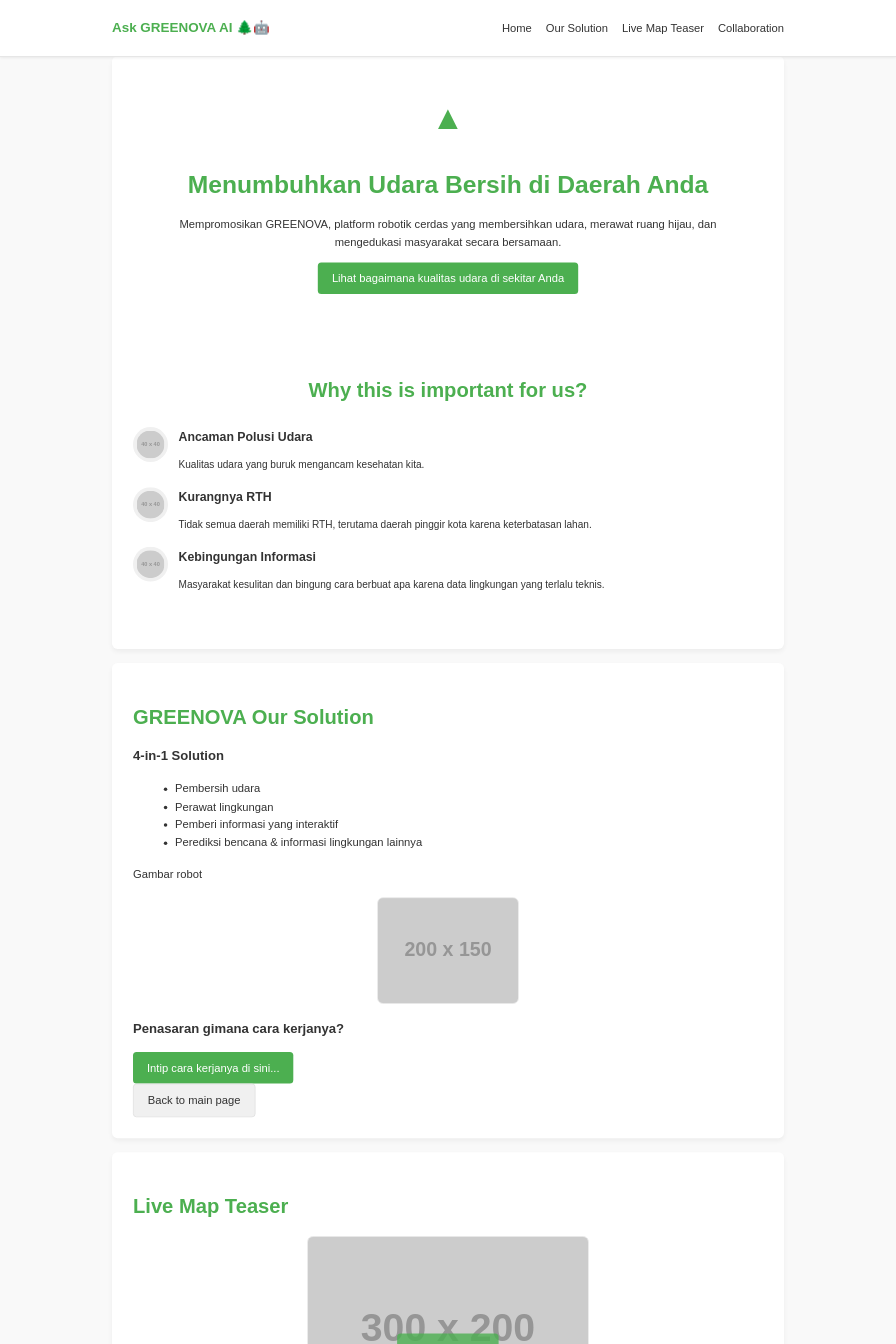
Repository: JojoGid34/Greenova-WEBSITE-SFT25-TETR
Page: index.html
These files come from the project's save history. The page is drawn as it stood at one moment and after the next save; the edit follows.
The browser window is 1280 px wide. The pictures show the part of the page from y = 0 to 1920 px (the page is 4767 px tall before and 4793 px after), at 70% of full size.

Above is the page before, as saved 2025-07-26 12:59:39.

After the next save:
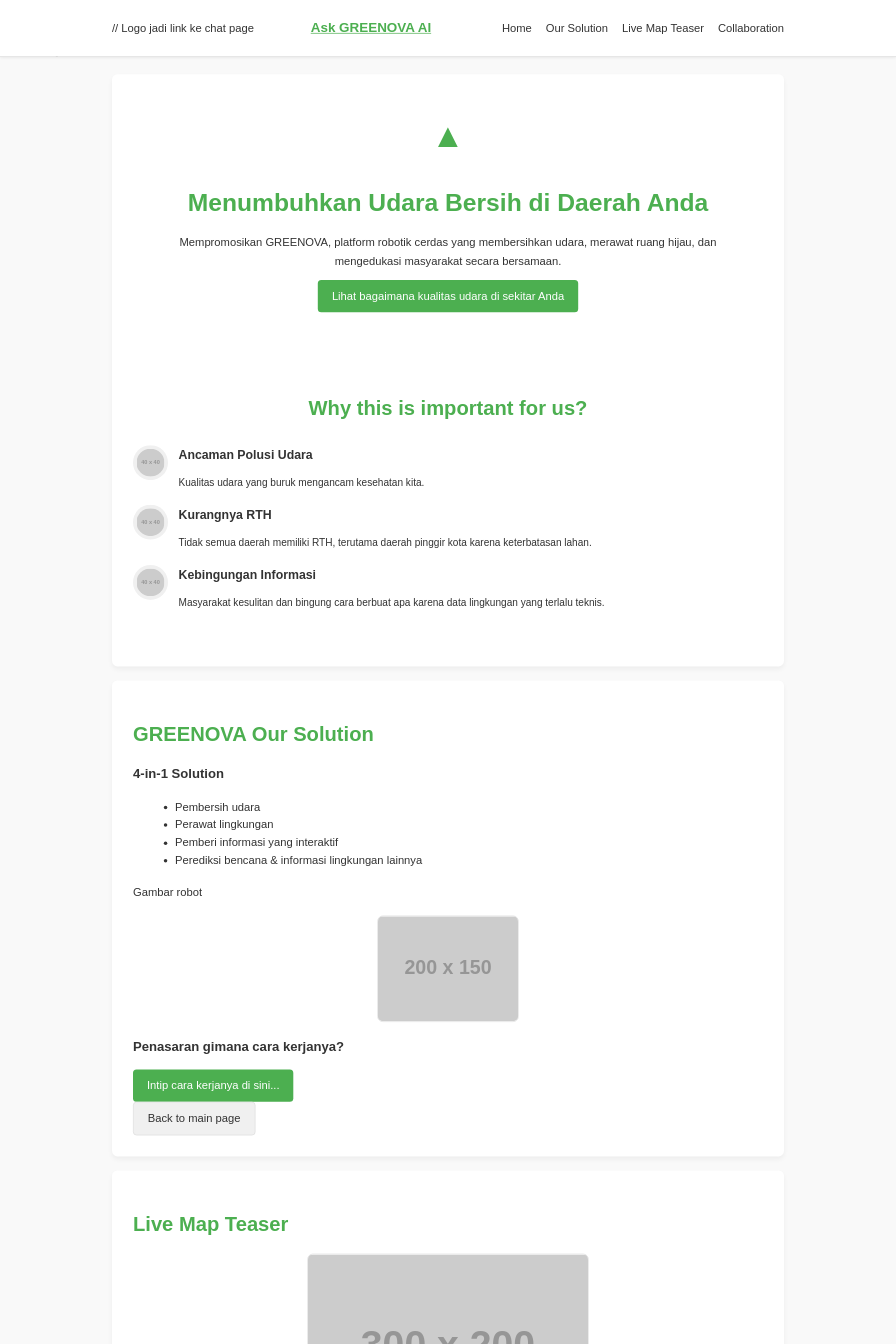
Saved 12 min 7 s later.
--- a/index.html
+++ b/index.html
@@ -9,13 +9,15 @@
 </head>
 
 <body>
-  <!-- Header ini tunggal dan akan tetap di atas (fixed) -->
+  // Header nya fixes di atas
   <header class="navbar">
     <div class="container">
-      <div class="logo">Ask GREENOVA AI 🌲🤖</div>
+      // Logo jadi link ke chat page
+      <a href="#chat-page" class="logo">Ask GREENOVA AI</a>
       <nav class="nav-menu">
         <button class="menu-toggle" aria-label="Toggle navigation">&#9776;</button>
         <ul class="nav-list">
+
           <li><a href="#home">Home</a></li>
           <li><a href="#solution">Our Solution</a></li>
           <li><a href="#live-map-teaser">Live Map Teaser</a></li>
